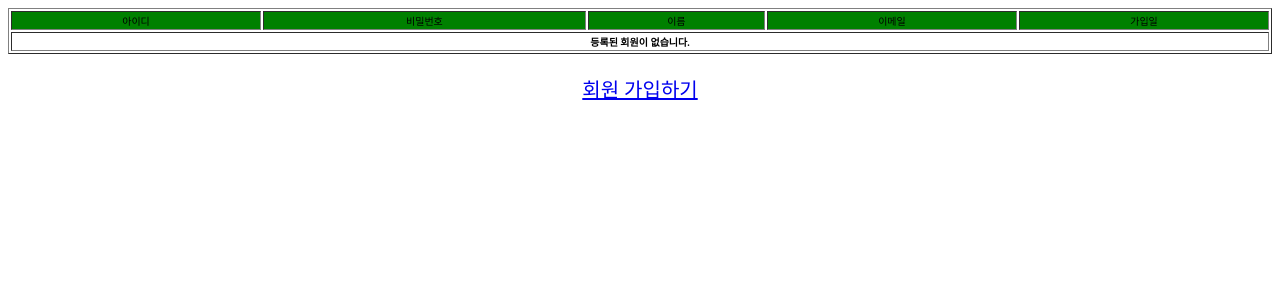
Repository: AhnHyeongSu/GreenComputer
Page: http://localhost/pro17/listMembers.jsp
These files come from the project's save history. The page is drawn as it stood at one moment and after the next save; the edit follows.
The browser window is 1280 px wide. The pictures show the whole page.
The page is served by Tomcat 9. Other server files are loaded and not shown.

Above is the page before, as saved 2022-08-05 04:07:28.

### 04.DB&SQL&JSP/교육/JSP/pro17/src/main/webapp/listMembers.jsp
<%@ page language="java" contentType="text/html; charset=UTF-8"
    pageEncoding="UTF-8" import="java.util.*,sec01.ex01.*"
    isELIgnored="false"%>
    <%@ taglib prefix="fmt" uri="http://java.sun.com/jsp/jstl/fmt" %>
    <%@ taglib prefix="c" uri="http://java.sun.com/jsp/jstl/core"  %>
    <%
    request.setCharacterEncoding("utf-8");
    %>
<!DOCTYPE html>
<html>
<head>
<meta charset="UTF-8">
<title>회원 정보 출력창</title>
<style>
.cls1 {
font-size: 10px;
text-align: center;}
.cls2 {
font-size: 20px;
text-align: center;}
</style>
</head>
<body>
<table class="cls1" border="1" width="100%">
<tr bgcolor="green" align="center">
	<td>아이디</td>
	<td>비밀번호</td>
	<td>이름</td>
	<td>이메일</td>
	<td>가입일</td>
</tr>
<c:choose>
<c:when test="${membersList==null}">
<tr>
	<td colspan=5>
	<b>등록된 회원이 없습니다.</b>
	</td>
</tr>
</c:when>
<c:when test="${membersList != null}">
<c:forEach var="mem" items="${membersList}">
<tr align="center">
	<td>${mem.id }</td>
	<td>${mem.pwd }</td>
	<td>${mem.name }</td>
	<td>${mem.email }</td>
	<td>${mem.joinDate }</td>
</tr>
</c:forEach>
</c:when>
</c:choose>
</table>

<a href="#"><p class="cls2">회원 가입하기</p></a>
</body>
</html>

After the next save:
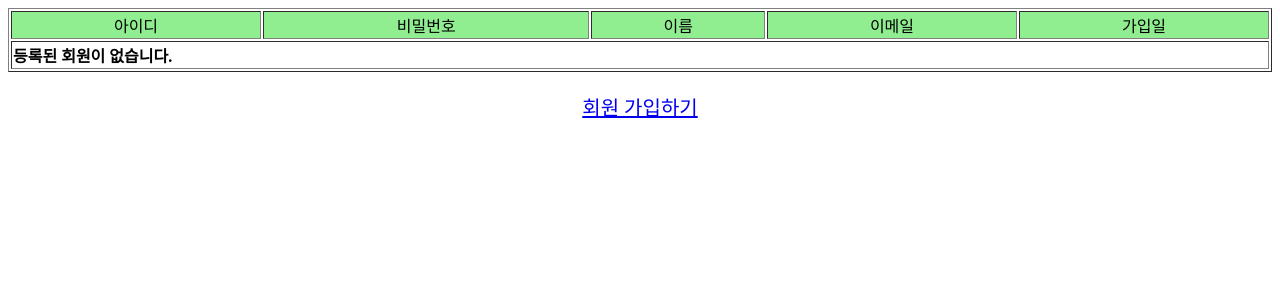
Saved 2 min 38 s later.
--- a/04.DB&SQL&JSP/교육/JSP/pro17/src/main/webapp/listMembers.jsp
+++ b/04.DB&SQL&JSP/교육/JSP/pro17/src/main/webapp/listMembers.jsp
@@ -21,8 +21,8 @@ text-align: center;}
 </style>
 </head>
 <body>
-<table class="cls1" border="1" width="100%">
-<tr bgcolor="green" align="center">
+<table border="1" width="100%">
+<tr bgcolor="lightgreen" align="center">
 	<td>아이디</td>
 	<td>비밀번호</td>
 	<td>이름</td>
